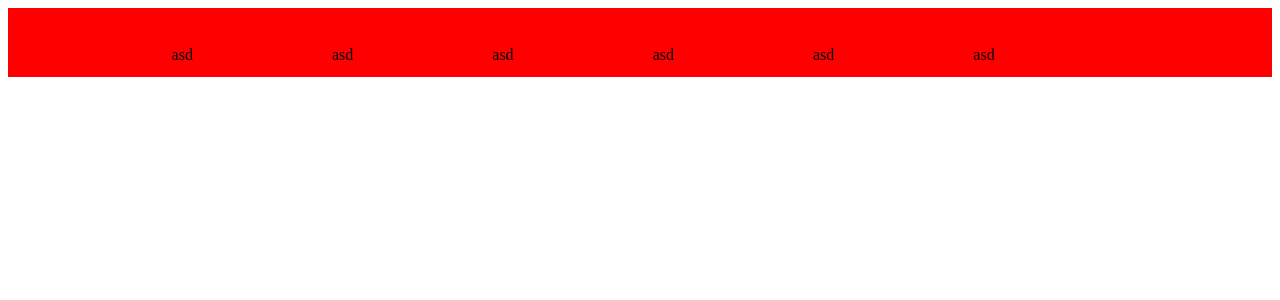
Repository: Cornman63/The-netherlands
Page: index.html
These files come from the project's save history. The page is drawn as it stood at one moment and after the next save; the edit follows.
The browser window is 1280 px wide. The pictures show the whole page.

Above is the page before, as saved 2023-05-16 10:41:00.

After the next save:
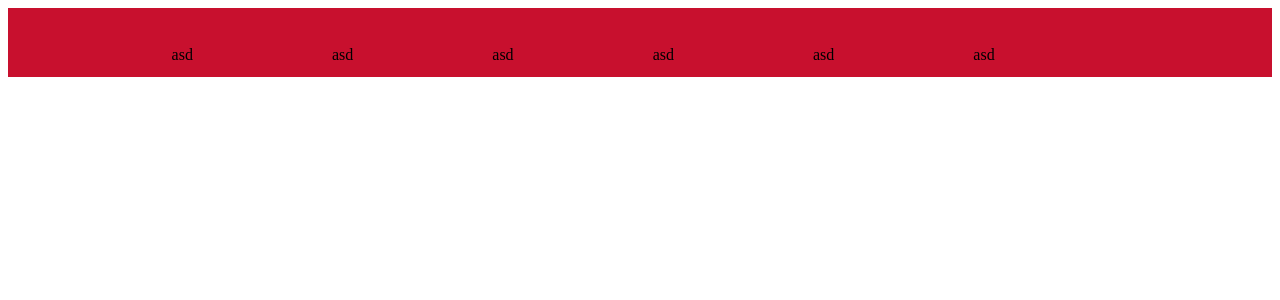
Saved 16 s later.
--- a/style.css
+++ b/style.css
@@ -2,7 +2,7 @@
     display: flex;
     flex-direction: row;
     justify-content: center;
-    background-color:#ff0000
+    background-color:#C8102E
 }
 .site {
     display: flex;
